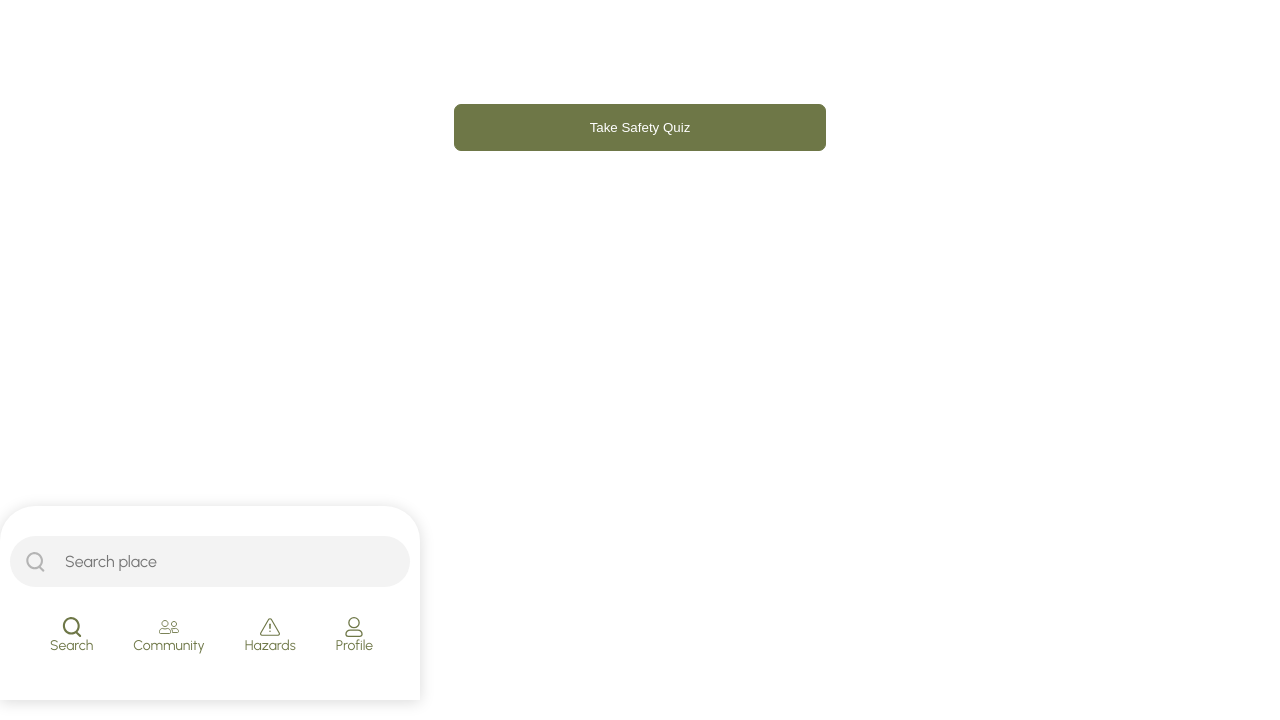
Repository: Aladdin3r/SafeCycle
Page: /
An editor plug-in stored every save of this project. The page is shown before and after the next save, followed by the edit.
The browser window is 1280 px wide. The pictures show the whole page.
The project was rebuilt for these pictures with package versions that can differ from the ones it lists, and the page was loaded fresh each time. The framework's server and built-in components were replaced by stand-ins that run in the browser.

Above is the page before, as saved 2024-04-15 13:13:45.

After the next save:
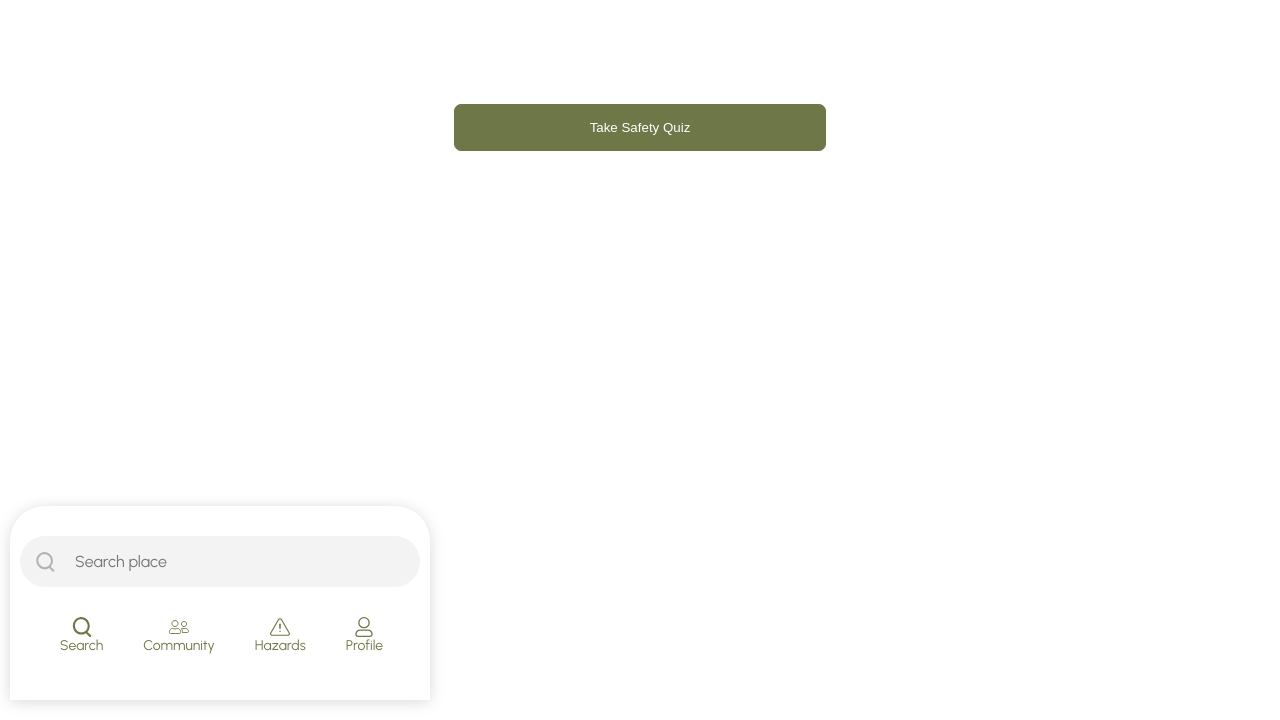
Saved 41 s later.
--- a/components/NavBar/NavBar.module.css
+++ b/components/NavBar/NavBar.module.css
@@ -27,7 +27,7 @@
     align-items: center;
     position: fixed;
     bottom: 0;
-    left: 0;
+    left: 10px;
     width: 100%;
     background-color: white;
     padding: 10px;
